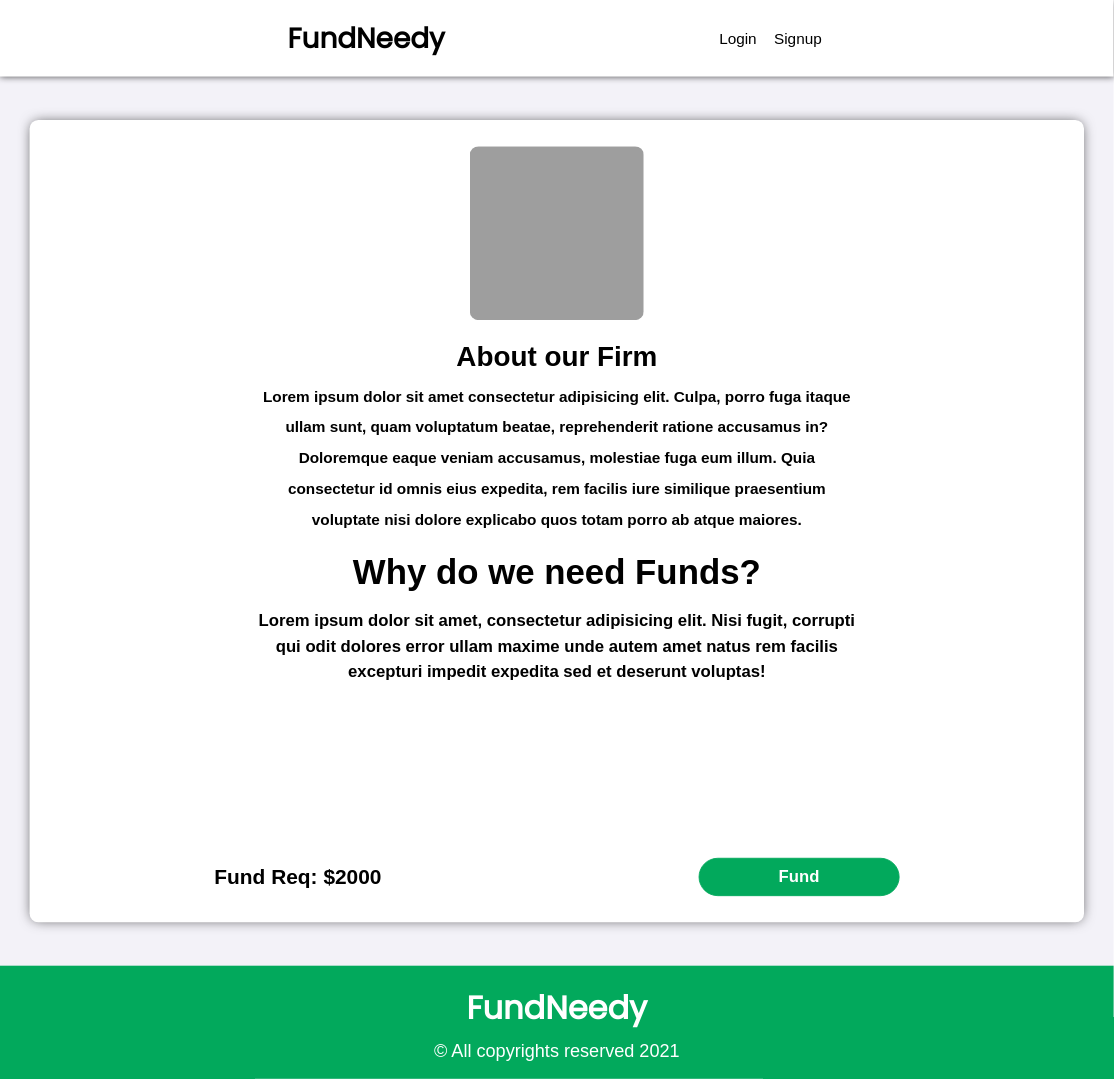
Repository: osdc/codejam
Page: /firmname (app in sassy-sandwiches/fund-needy/)
The author's editor kept a copy of each file at every save. The page is drawn from the files as they stood at one save, then again after the next save.
The browser window is 1280 px wide. The pictures show the whole page, at 87% of full size.
Pictures or frames that could not be fetched are drawn as grey boxes. The project was rebuilt for these pictures with package versions that can differ from the ones it lists, and the page was loaded fresh each time. Also part of the build but not shown: sassy-sandwiches/fund-needy/src/Showcase.css, sassy-sandwiches/fund-needy/src/Showcase.js, sassy-sandwiches/fund-needy/src/Needies.css, sassy-sandwiches/fund-needy/src/Needy.css, sassy-sandwiches/fund-needy/src/Needy.js, sassy-sandwiches/fund-needy/src/Needies.js.

Above is the page before, as saved 2021-01-09 22:25:44.

### sassy-sandwiches/fund-needy/public/index.html
<!DOCTYPE html>
<html lang="en">
  <head>
    <meta charset="utf-8" />
    <link rel="icon" href="%PUBLIC_URL%/favicon.ico" />
    <meta name="viewport" content="width=device-width, initial-scale=1" />
    <meta name="theme-color" content="#000000" />
    <meta
      name="description"
      content="Web site created using create-react-app"
    />
    <link rel="apple-touch-icon" href="%PUBLIC_URL%/logo192.png" />
    <link rel="manifest" href="%PUBLIC_URL%/manifest.json" />
    <title>FundNeedy</title>
  </head>
  <body>
    <noscript>You need to enable JavaScript to run this app.</noscript>
    <div id="root"></div>
  </body>
</html>

### sassy-sandwiches/fund-needy/src/App.js
import React from "react";
import "./App.css";
import Navbar from "./Navbar";
import Showcase from "./Showcase";
import Needies from "./Needies";
import Footer from "./Footer";
import { BrowserRouter as Router, Route, Switch } from "react-router-dom";
import FirmFund from "./FirmFund";

function App() {
  return (
    <div className="App">
      <Router>
        <Navbar />
        <Switch>
          <Route exact path="/" component={Showcase} />
          <Route path="/needies" component={Needies} />
          <Route path="/firmname" component={FirmFund} />
        </Switch>
        <Footer />
      </Router>
    </div>
  );
}

export default App;

### sassy-sandwiches/fund-needy/src/App.css
* {
  margin: 0;
  padding: 0;
  font-family: Arial, Helvetica, sans-serif;
}

body {
  background-color: #f3f2f8;
}

### sassy-sandwiches/fund-needy/src/Navbar.js
import React from "react";
import "./Navbar.css";

function Navbar() {
  return (
    <div className="navbar">
      <div className="navbar_logo">
        <h1>FundNeedy</h1>
      </div>
      <div className="navbar_login_signup">
        <button>Login</button>
        <button>Signup</button>
      </div>
    </div>
  );
}

export default Navbar;

### sassy-sandwiches/fund-needy/src/Footer.js
import React from "react";
import "./Footer.css";

function Footer() {
  return (
    <div className="footer">
      <h1>FundNeedy</h1>
      <p>© All copyrights reserved 2021</p>
    </div>
  );
}

export default Footer;

### sassy-sandwiches/fund-needy/src/FirmFund.js
import React from "react";
import "./FirmFund.css";

function FirmFund() {
  return (
    <div className="firmFund">
      <div className="firmFund_image">
        <img
          src="https://i.pinimg.com/originals/ba/fc/15/bafc1525cef9606c5c064694ca8e60fb.jpg"
          alt=""
        />
      </div>
      <div className="firmFund_about">
        <h2>About our Firm</h2>
        <p>
          Lorem ipsum dolor sit amet consectetur adipisicing elit. Culpa, porro
          fuga itaque ullam sunt, quam voluptatum beatae, reprehenderit ratione
          accusamus in? Doloremque eaque veniam accusamus, molestiae fuga eum
          illum. Quia consectetur id omnis eius expedita, rem facilis iure
          similique praesentium voluptate nisi dolore explicabo quos totam porro
          ab atque maiores.
        </p>
      </div>
      <div className="firmFund_need">
        <h2>Why do we need Funds?</h2>
        <p>
          Lorem ipsum dolor sit amet, consectetur adipisicing elit. Nisi fugit,
          corrupti qui odit dolores error ullam maxime unde autem amet natus rem
          facilis excepturi impedit expedita sed et deserunt voluptas!
        </p>
      </div>
      <div className="firmFund_fund">
        <h2>Fund Req: $2000</h2>
        <button>Fund</button>
      </div>
    </div>
  );
}

export default FirmFund;

### sassy-sandwiches/fund-needy/src/Navbar.css
@import url("https://fonts.googleapis.com/css2?family=Poppins&display=swap");

.navbar {
  display: flex;
  align-items: center;
  justify-content: space-evenly;
  padding: 20px;
  -webkit-box-shadow: 0px 1px 8px 0px rgba(0, 0, 0, 0.75);
  -moz-box-shadow: 0px 1px 8px 0px rgba(0, 0, 0, 0.75);
  box-shadow: 0px 1px 8px 0px rgba(0, 0, 0, 0.75);
  background-color: #fff;
  /* position: sticky; */
  top: 0;
  z-index: 10000;
}

.navbar_logo > h1 {
  font-family: "Poppins", sans-serif;
}

.navbar_login_signup {
  display: flex;
  align-items: center;
  justify-content: space-between;
}

.navbar_login_signup > button:nth-of-type(1) {
  margin-right: 10px;
}

.navbar_login_signup > button {
  padding: 5px;
  font-size: 1.1rem;
  outline: none;
  border: none;
  background-color: #fff;
  cursor: pointer;
  width: 100%;
}

### sassy-sandwiches/fund-needy/src/Footer.css
.footer {
  text-align: center;
  background-color: #02a95c;
  color: #fff;
  padding: 20px;
}

.footer > h1 {
  font-size: 2.3rem;
  font-family: "Poppins";
}

.footer > p {
  font-size: 1.3rem;
  font-weight: 400;
  margin-top: 10px;
}

### sassy-sandwiches/fund-needy/src/FirmFund.css
.firmFund {
  text-align: center;
  background-color: #fff;
  padding: 30px;
  width: 90%;
  margin: auto;
  margin-top: 50px;
  margin-bottom: 50px;
  border-radius: 10px;
  -webkit-box-shadow: 0px 0px 15px -3px rgba(0, 0, 0, 0.75);
  -moz-box-shadow: 0px 0px 15px -3px rgba(0, 0, 0, 0.75);
  box-shadow: 0px 0px 15px -3px rgba(0, 0, 0, 0.75);
}

.firmFund_image > img {
  height: 200px;
  width: 200px;
  border-radius: 10px;
}

.firmFund_about > h2 {
  font-size: 2rem;
  margin-top: 20px;
}

.firmFund_about > p {
  width: 60%;
  margin: auto;
  font-size: 1.1rem;
  font-weight: 600;
  margin-top: 10px;
  margin-bottom: 10px;
  line-height: 2;
}

.firmFund_need > h2 {
  font-size: 2.5rem;
  margin-top: 20px;
}

.firmFund_need > p {
  width: 60%;
  margin: auto;
  margin-top: 20px;
  margin-bottom: 20px;
  font-size: 1.2rem;
  font-weight: 700;
  line-height: 1.5;
}

.firmFund_fund {
  display: flex;
  align-items: center;
  justify-content: space-around;
  margin-top: 200px;
}

.firmFund_fund > button {
  font-size: 1.2rem;
  width: 20%;
  border-radius: 30px;
  outline: none;
  background-color: #02a95c;
  color: #fff;
  font-weight: 700;
  padding: 10px;
  border: 1px solid #02a95c;
  cursor: pointer;
}

Loaded but not shown: sassy-sandwiches/fund-needy/src/index.js (common file); sassy-sandwiches/fund-needy/src/index.css (common file)

After the next save:
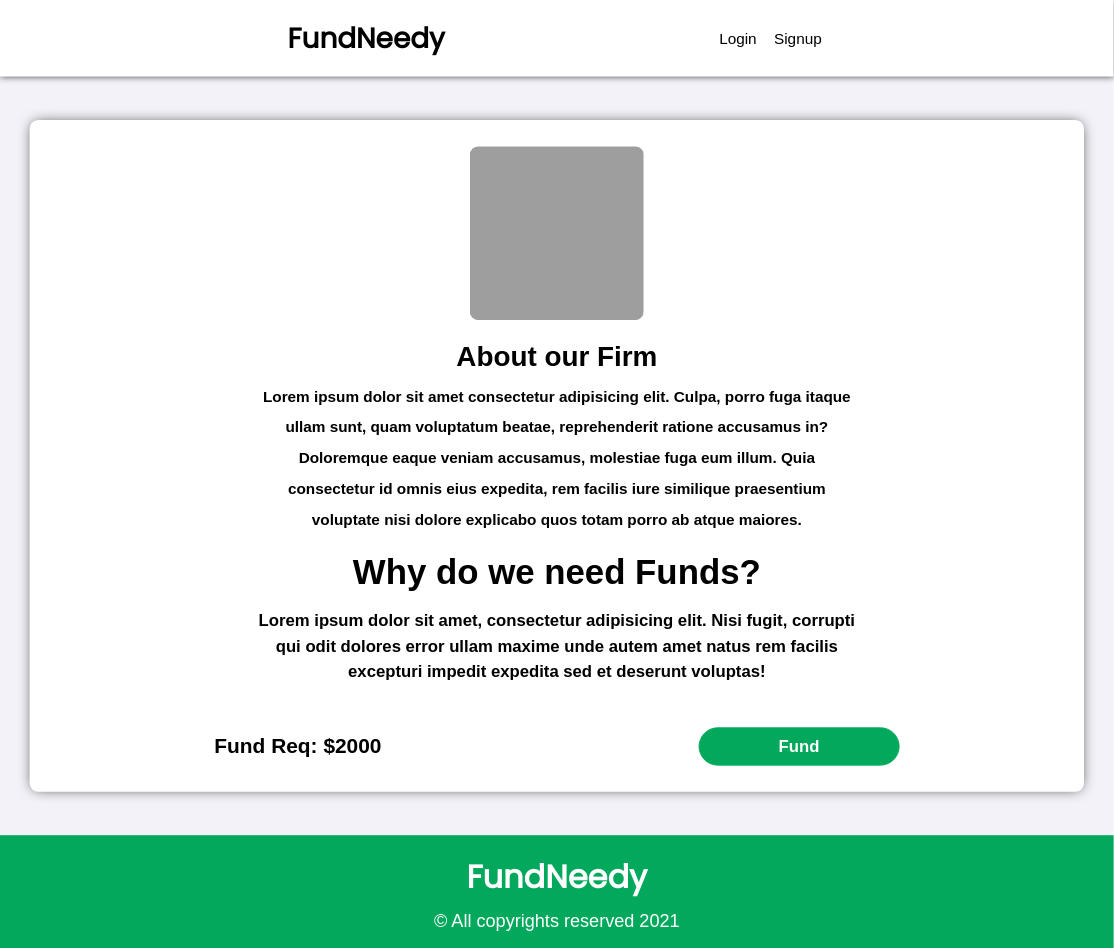
Saved 5 s later.
--- a/sassy-sandwiches/fund-needy/src/FirmFund.css
+++ b/sassy-sandwiches/fund-needy/src/FirmFund.css
@@ -52,7 +52,7 @@
   display: flex;
   align-items: center;
   justify-content: space-around;
-  margin-top: 200px;
+  margin-top: 50px;
 }
 
 .firmFund_fund > button {
